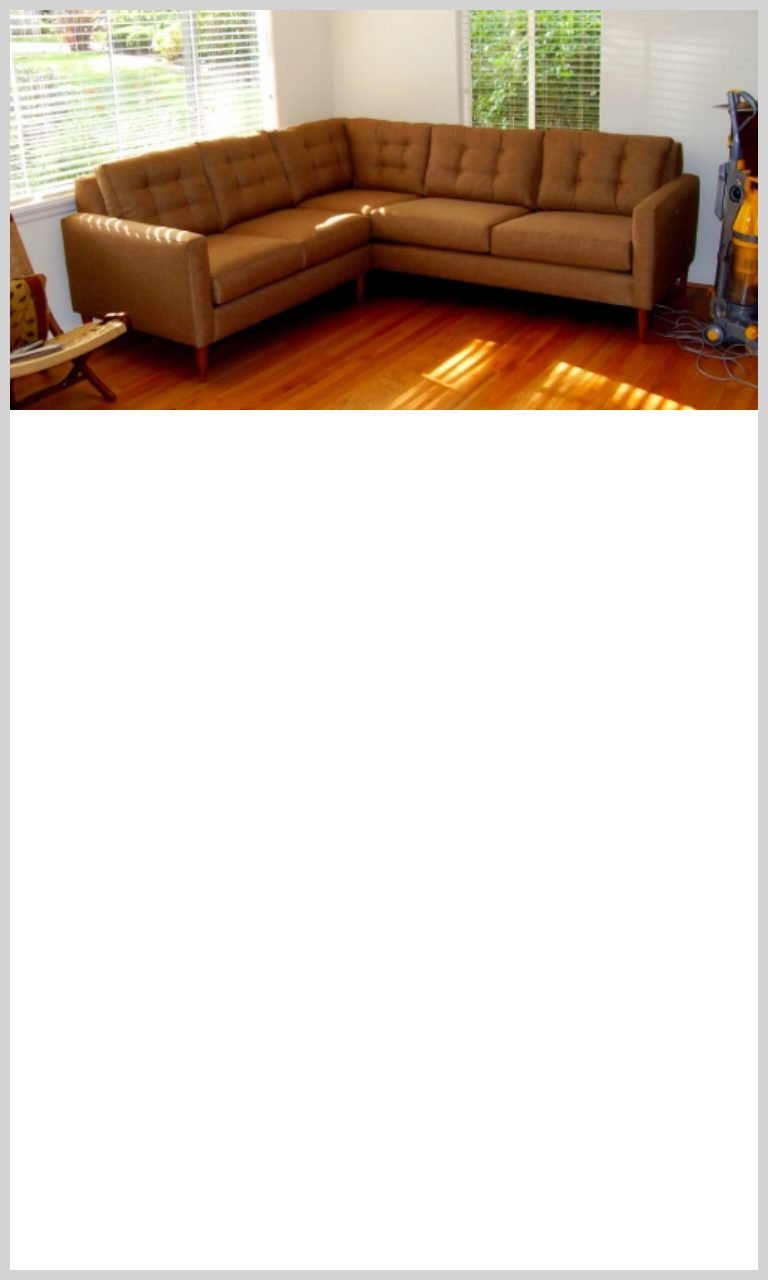
Repository: specialFX16/College-List
Layout: AndroidApp/CollegeList/res/layout/list_view_card.xml
An editor plug-in stored every save of this project. The layout is shown before and after the next save, followed by the edit.
It is drawn on a 768 x 1280 px phone screen (xhdpi) without system bars, with theme AppTheme; the app's code is not run.

Above is the layout before, as saved 2015-03-03 02:48:28.

After the next save:
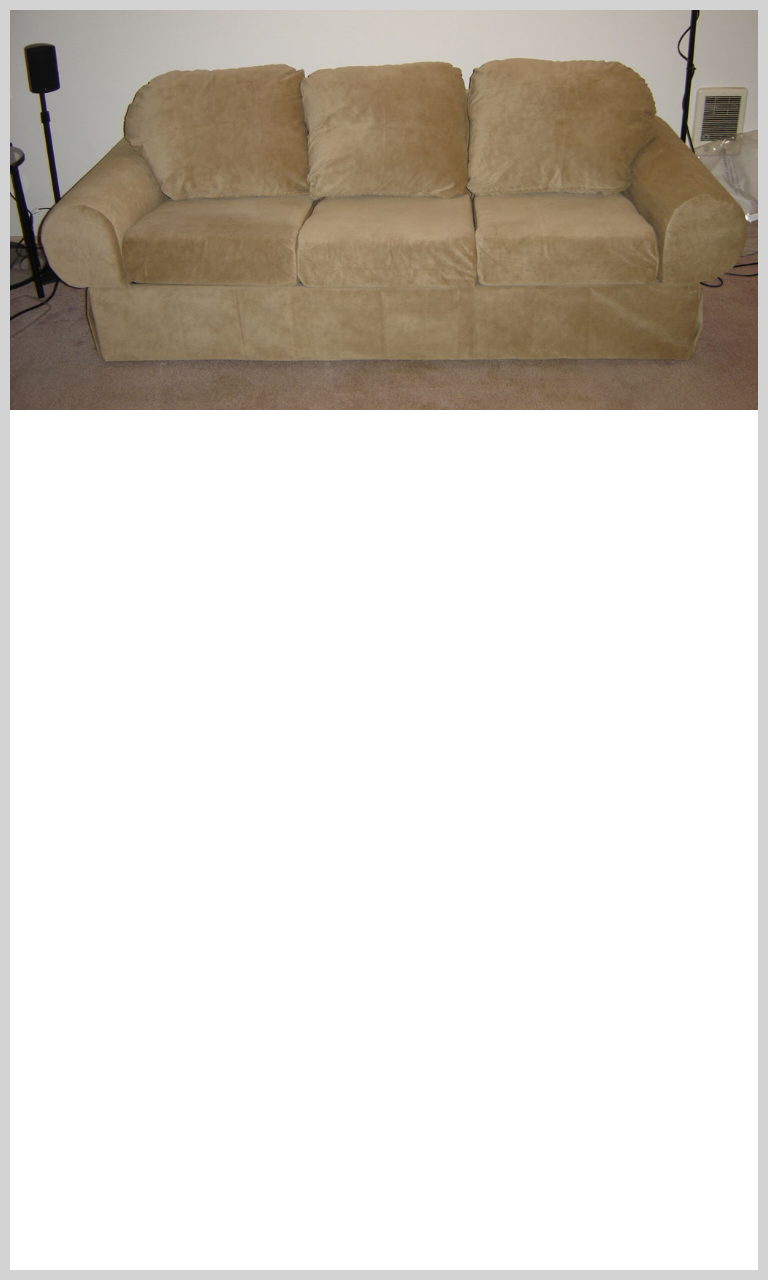
Saved 90 s later.
--- a/AndroidApp/CollegeList/res/layout/list_view_card.xml
+++ b/AndroidApp/CollegeList/res/layout/list_view_card.xml
@@ -21,7 +21,7 @@
             android:layout_height="200dp"
             android:layout_alignParentTop="true"
             android:layout_centerHorizontal="true"
-            android:src="@drawable/test_couch1"
+            android:src="@drawable/test_couch2"
             android:adjustViewBounds="true"
             android:scaleType="centerCrop"
             />
